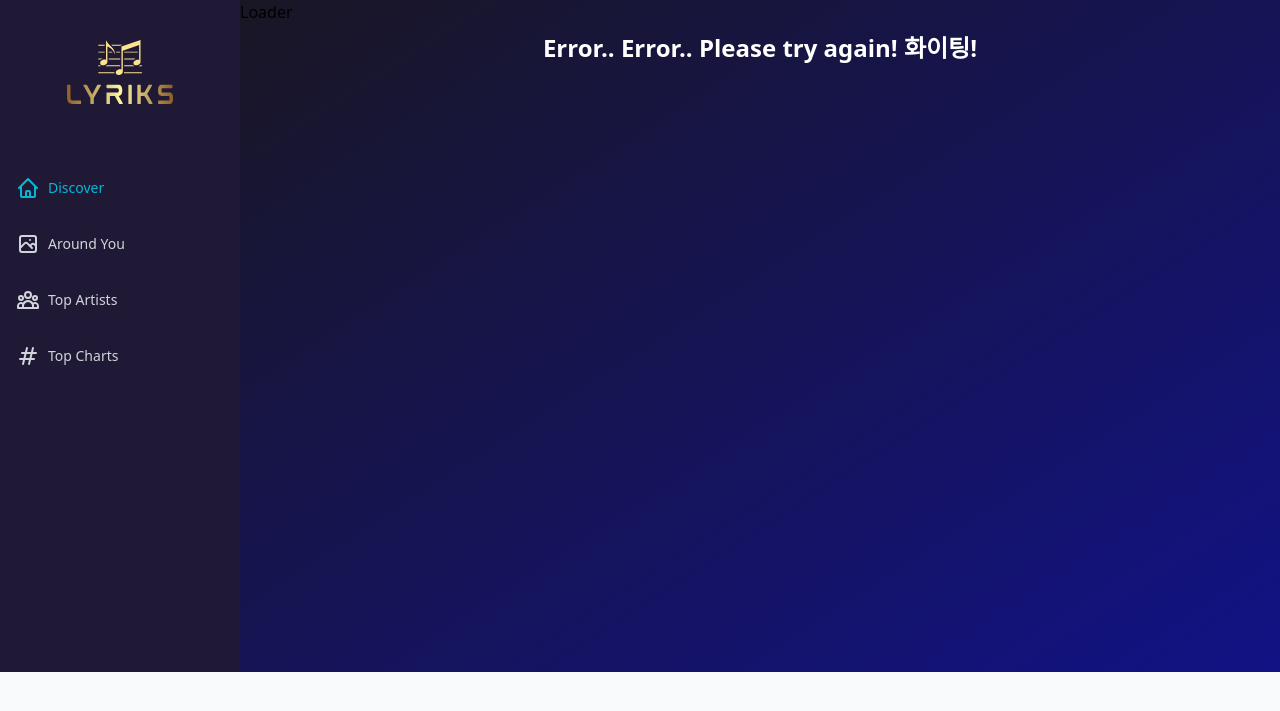
Repository: tessa5/spotify_clone
Page: /
The author's editor kept a copy of each file at every save. The page is drawn from the files as they stood at one save, then again after a run of saves.
The browser window is 1280 px wide. The pictures show the whole page.
The page's requests for data from a server got no answer. The project was rebuilt for these pictures with package versions that can differ from the ones it lists, and the page was loaded fresh each time. No one was signed in, and anything a server would have sent is missing. Also part of the build but not shown: vite.config.js, src/components/PlayPause.jsx, src/components/SongCard.jsx, src/components/ArtistCard.jsx, src/components/DetailsHeader.jsx, src/components/SongBar.jsx, src/components/RelatedSongs.jsx, src/components/MusicPlayer/Controls.jsx and 11 more.

Above is the page before, as saved 2022-10-06 15:23:17.

After the next 4 saves:
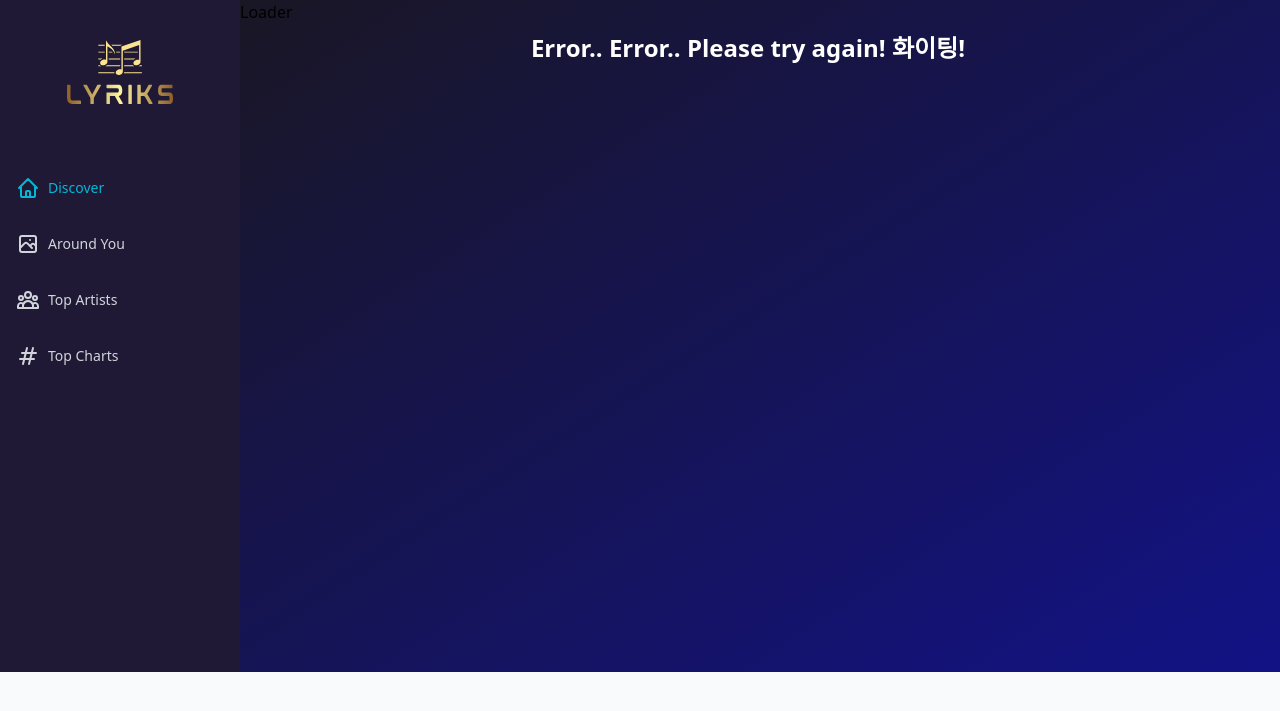
The 4 saves are shown as one change because they came seconds apart.
The last was saved 9 s later.
--- a/src/components/TopPlay.jsx
+++ b/src/components/TopPlay.jsx
@@ -32,7 +32,7 @@ const TopPlay = () => {
   };
 
   return (
-    <div ref={divRef} className="">
+    <div ref={divRef} className="xl:ml-6">
 
     </div>
   );
